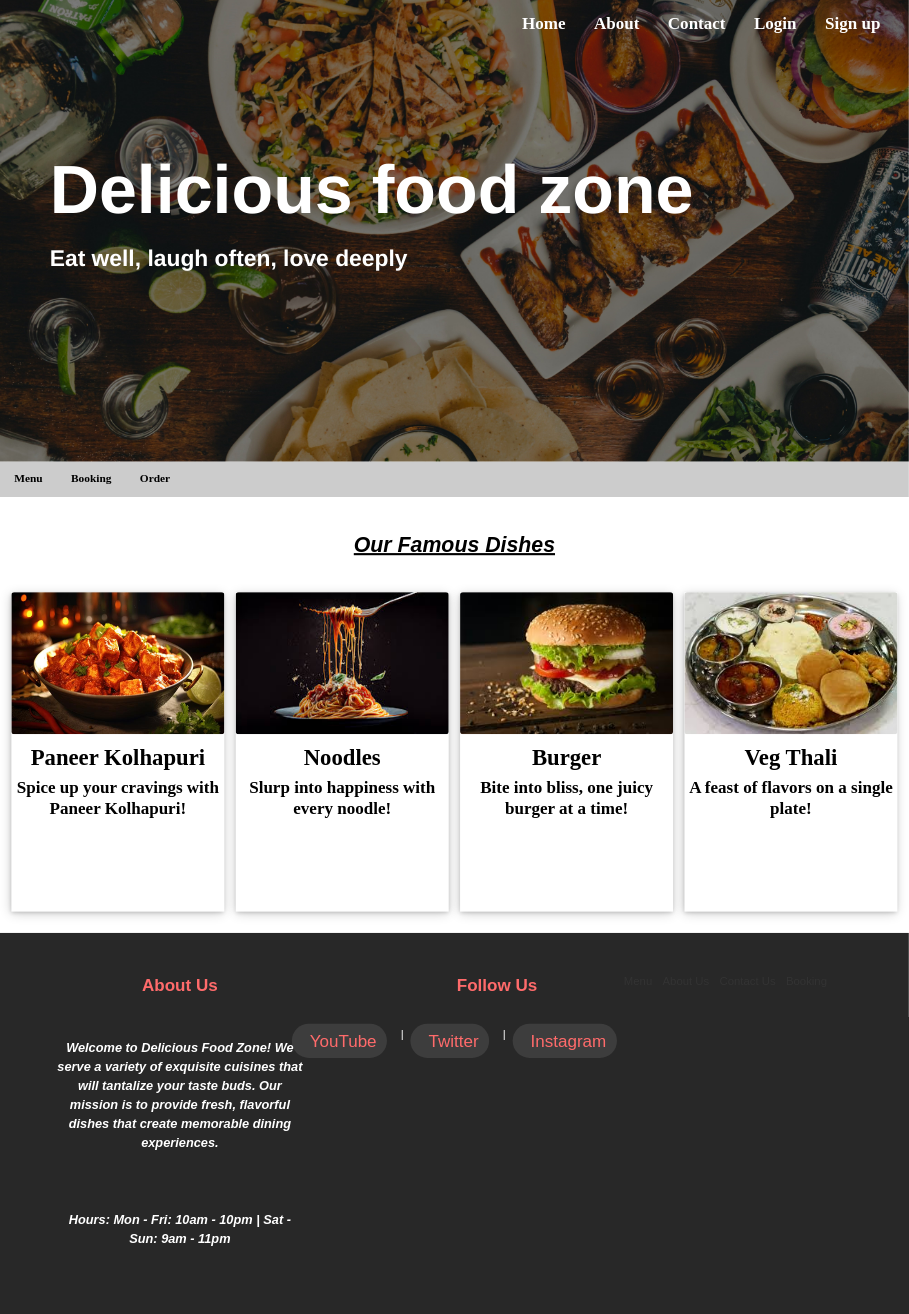
Repository: Shreya-Bonde/Restaurant-management-system
Page: index.html
These files come from the project's save history. The page is drawn as it stood at one moment and after the next save; the edit follows.
The browser window is 1280 px wide. The pictures show the whole page, at 71% of full size.

Above is the page before, as saved 2024-10-17 17:52:45.

After the next save:
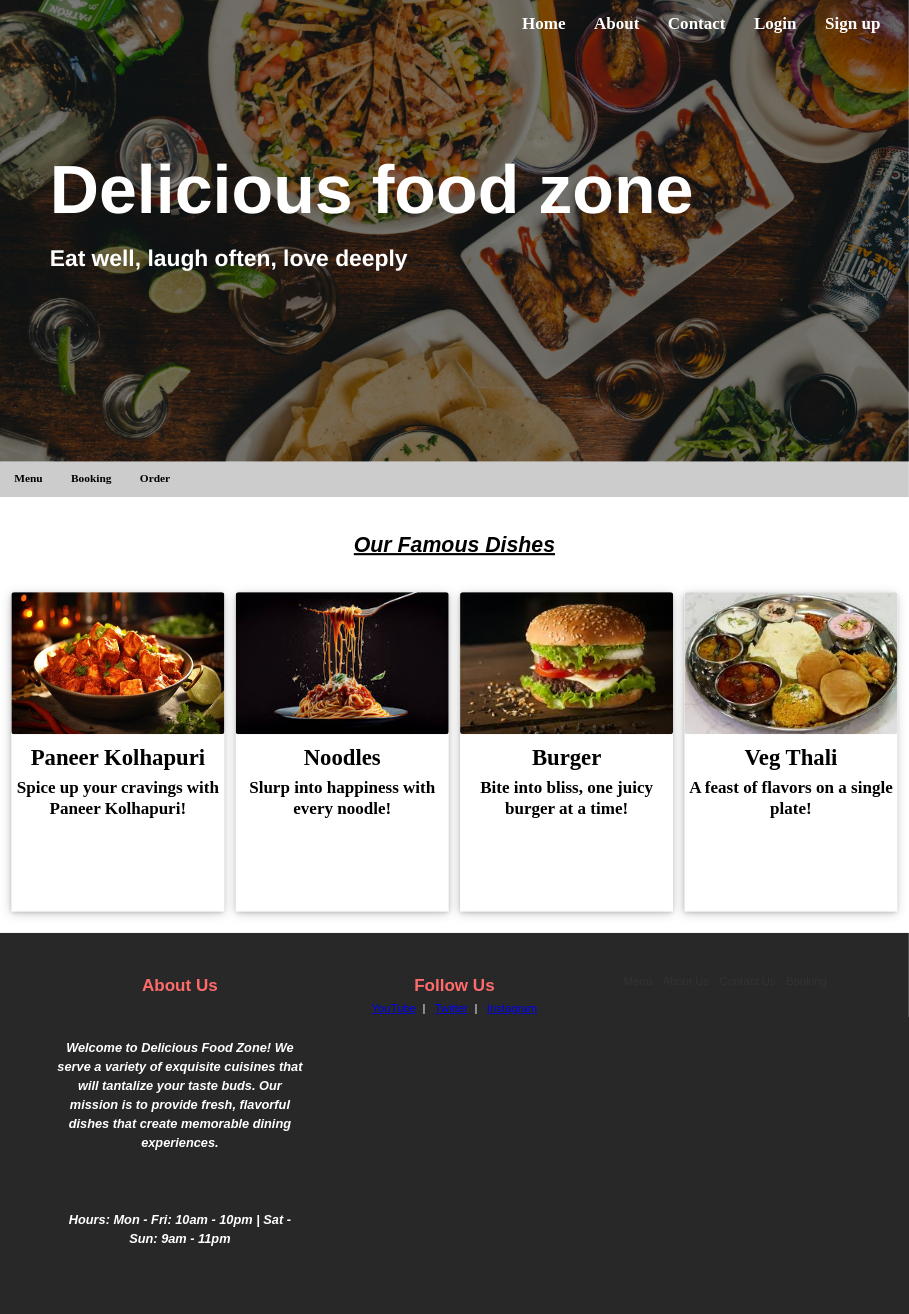
Saved 62 min 51 s later.
--- a/style.css
+++ b/style.css
@@ -194,7 +194,7 @@ footer {
 /* .footer-social {
     margin-left: 200px;
 } */
-.footer-social .social-icons {
+/* .footer-social .social-icons {
     display: flex;
     justify-content: center;
     margin-top: 10px;
@@ -252,4 +252,4 @@ footer {
     margin-top: 20px;
     font-size: 10px;
     color: #ccc;
-}
+} */
